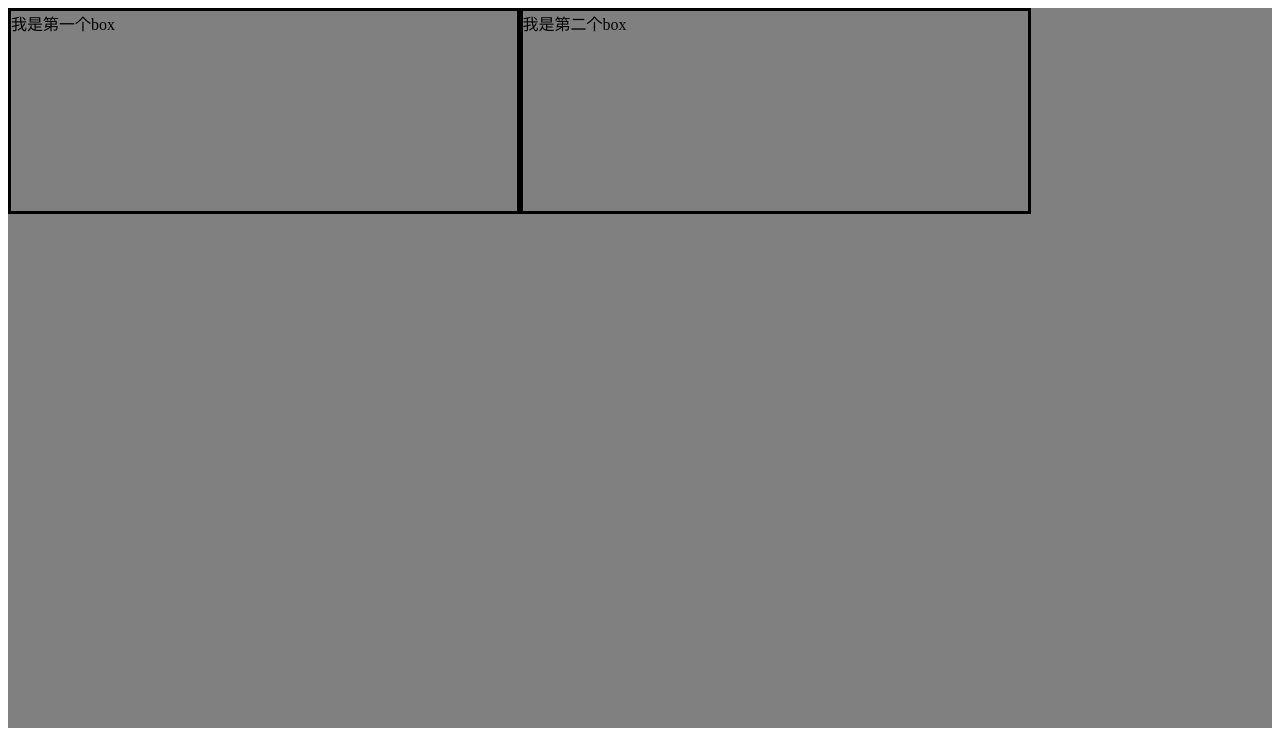
Repository: nanfengovo/CSS
Page: heightandwidth.html
The author's editor kept a copy of each file at every save. The page is drawn from the files as they stood at one save, then again after the next save.
The browser window is 1280 px wide. The pictures show the whole page.

Above is the page before, as saved 2025-01-01 11:05:46.

### heightandwidth.html
<!DOCTYPE html>
<html lang="en">
<head>
    <meta charset="UTF-8">
    <meta name="viewport" content="width=device-width, initial-scale=1.0">
    <title>height width </title>
    <style>
        .container{
            height: 100vh;
            background-color: gray;
        }
        .box{
            width: 40%;
            height: 200px;
            border: 3px solid #000;
            float: left;
        }
    </style>
</head>
<body>
    <div class="container">
        <div class="box">我是第一个box</div>
        <div class="box">我是第二个box</div>
    </div>
</body>
</html>

After the next save:
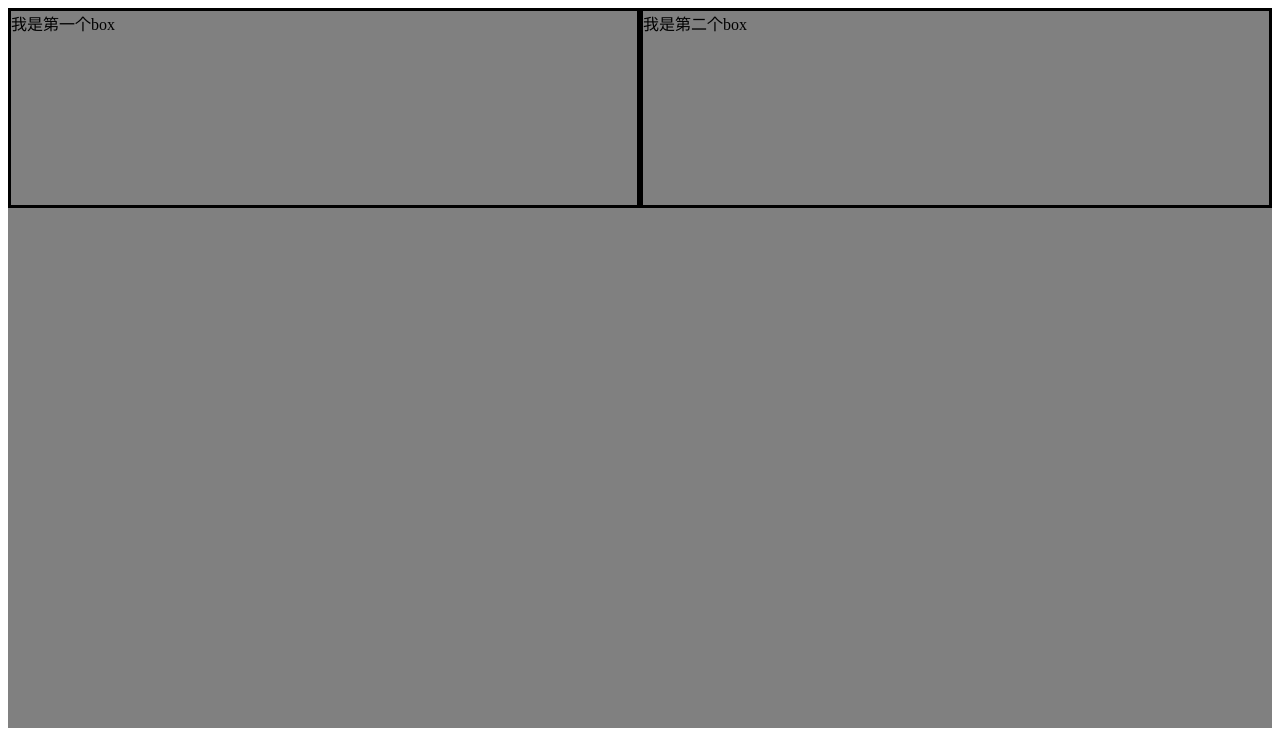
Saved 39 s later.
--- a/heightandwidth.html
+++ b/heightandwidth.html
@@ -5,12 +5,15 @@
     <meta name="viewport" content="width=device-width, initial-scale=1.0">
     <title>height width </title>
     <style>
+        *{
+            box-sizing: border-box;
+        }
         .container{
             height: 100vh;
             background-color: gray;
         }
         .box{
-            width: 40%;
+            width: 50%;
             height: 200px;
             border: 3px solid #000;
             float: left;
